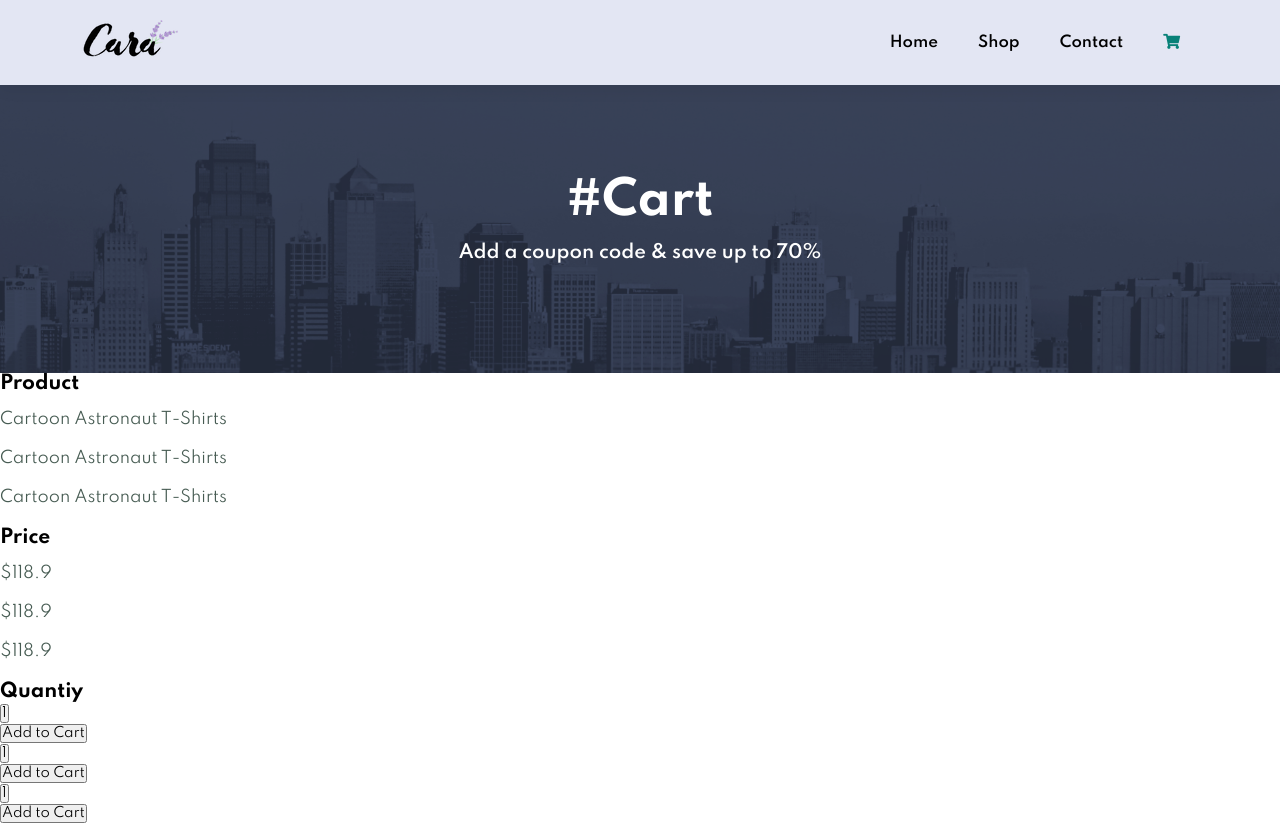
Repository: Daryllgio/E-Commerce-Website-UI
Page: cart.html
An editor plug-in stored every save of this project. The page is shown before and after the next save, followed by the edit.
The browser window is 1280 px wide. The pictures show the whole page.
Some web libraries are served in a nearby version.

Above is the page before, as saved 2025-01-02 01:16:14.

After the next save:
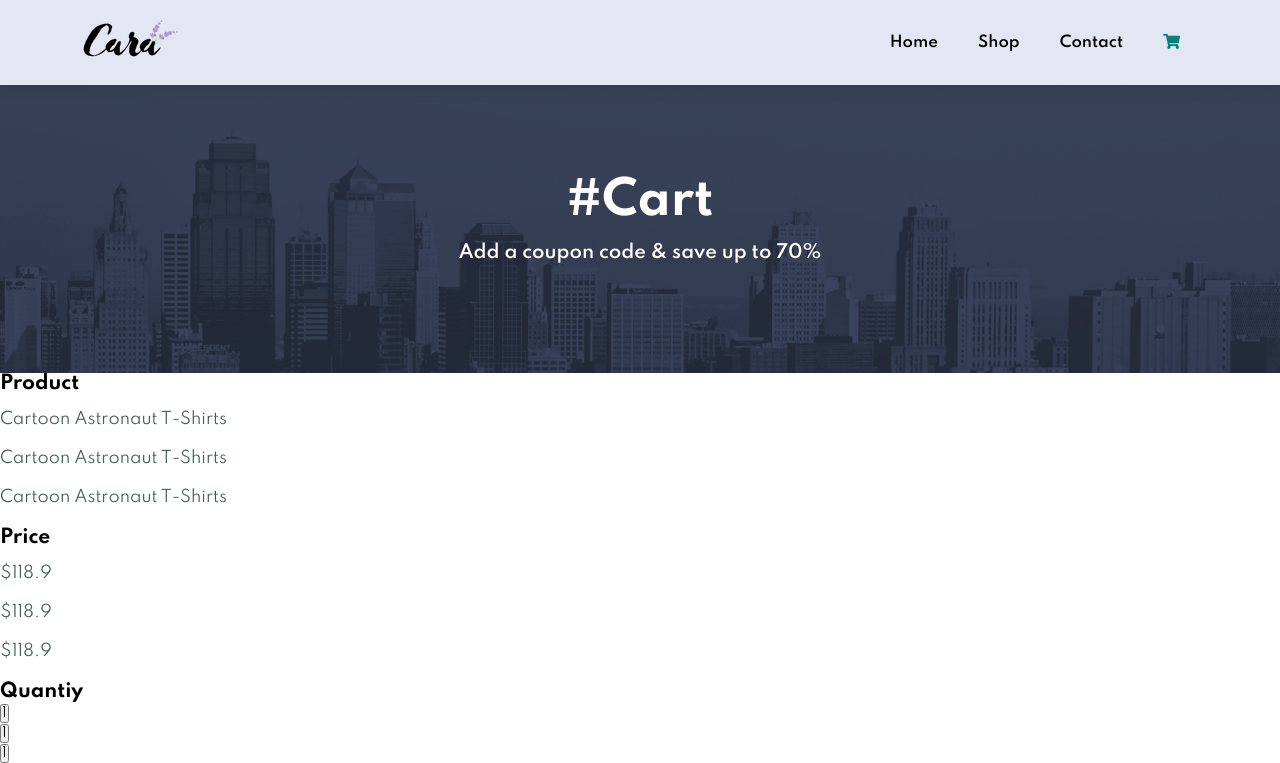
Saved 28 s later.
--- a/cart.html
+++ b/cart.html
@@ -90,9 +90,6 @@
                         <a href="#" onclick="updateButtonText('myDropdown2', this)"></a>
                     </div>
                 </div>
-                <button class="AddToCart-btn">
-                    Add to Cart
-                </button>
             </div>
             <div class="Product-Num-Container">
                 <div class="dropdown">
@@ -110,9 +107,6 @@
                         <a href="#" onclick="updateButtonText('myDropdown2', this)"></a>
                     </div>
                 </div>
-                <button class="AddToCart-btn">
-                    Add to Cart
-                </button>
             </div>
             <div class="Product-Num-Container">
                 <div class="dropdown">
@@ -130,9 +124,6 @@
                         <a href="#" onclick="updateButtonText('myDropdown2', this)"></a>
                     </div>
                 </div>
-                <button class="AddToCart-btn">
-                    Add to Cart
-                </button>
             </div>
         </div>
     </section>
